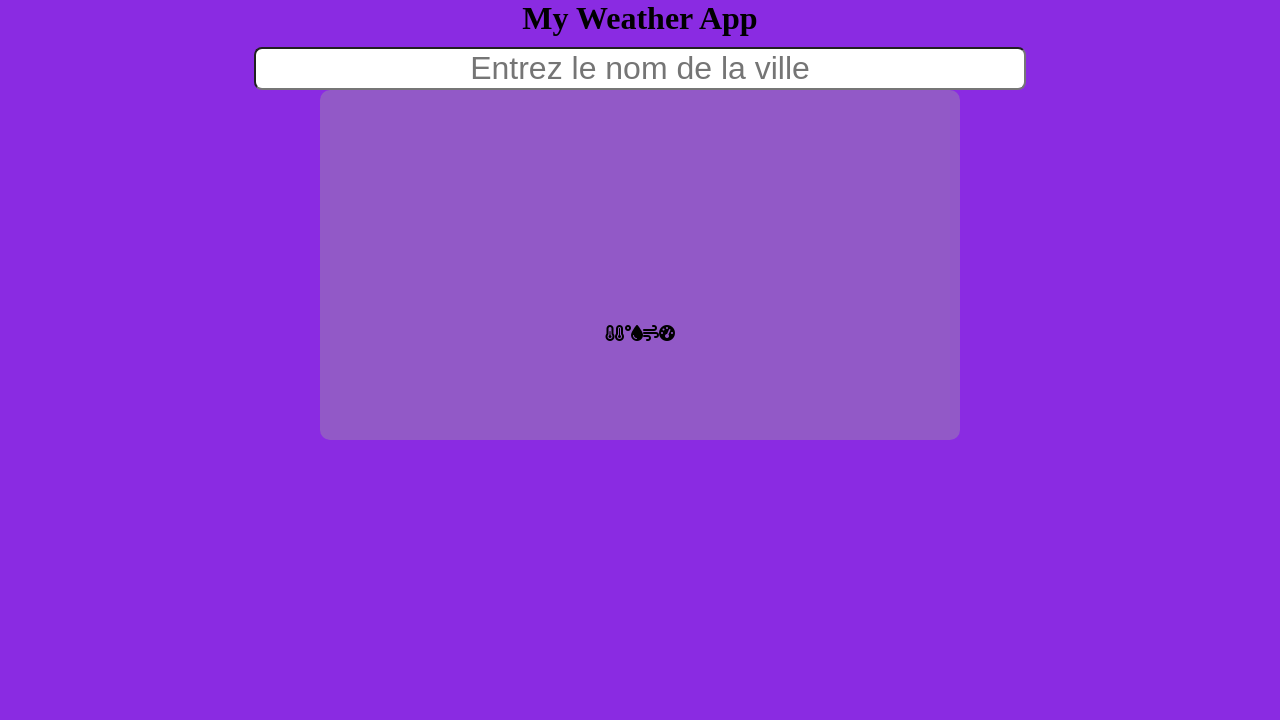
Repository: JeffnyAugustin/MyWeatherApp
Page: index.html
An editor plug-in stored every save of this project. The page is shown before and after the next save, followed by the edit.
The browser window is 1280 px wide. The pictures show the whole page.

Above is the page before, as saved 2023-11-14 19:10:09.

### index.html
<!DOCTYPE html>
<html lang="fr">

<head>
    <meta charset="UTF-8">
    <meta http-equiv="X-UA-Compatible" content="IE=edge">
    <meta name="viewport" content="width=device-width, initial-scale=1.0">
    <link rel="stylesheet" href="https://cdnjs.cloudflare.com/ajax/libs/font-awesome/6.4.0/css/all.min.css"
        integrity="sha512-iecdLmaskl7CVkqkXNQ/ZH/XLlvWZOJyj7Yy7tcenmpD1ypASozpmT/E0iPtmFIB46ZmdtAc9eNBvH0H/ZpiBw=="
        crossorigin="anonymous" referrerpolicy="no-referrer" />

    <link rel="stylesheet" href="/css/style.css">
    <title>My Weather App</title>
</head>

<body>



    <div id="container"></div>

    <script src="/js/script.js"></script>
</body>

</html>

### css/style.css
* {
    padding : 0;
    margin: 0;
}

body {
display: flex;
justify-content: center;
}

#container {
    background-color: blueviolet;
    height: 100vh;
    width: 100vw;
    display: flex;
    flex-direction: column;
    align-items: center;
    justify-content: space-around;

}

#searchBox {
    text-align: center;
    width: 60%;
    height: 40px;
    border-radius: 8px;
    margin-top: 10px;
    font-size: 2rem;
}


#allTogether {
    width: 50VW;
    height: 50VH;
    display: flex;
    flex-direction: column;
    justify-content: space-evenly;
    align-items: center;
    background-color: rgb(158 158 158 / 40%);
    border-radius: 10px;
}

div#meteoElement {
    display: flex;
    flex-direction: row;
    justify-content: space-around;
    flex-wrap: wrap;
}

div#cityElement {
    display: flex;
    flex-direction: row;
    gap: 10px;
    justify-content: center;
}

div#cityDescription {
    display: flex;
    flex-direction: column;
    gap: 20PX;
}

#prevision {
    background-color: blueviolet;
    display: flex;
    flex-direction: row;
    height: 40vh;
    width: 60vw;
    justify-content: center;
    align-items: center;
    gap: 10px;
}



p {
    font-size: 2rem;
    color: white;
}

p.cityName {
    text-align: center;
}

### js/script.js
// Clé D'api
const API_KEY = "b476218e49ef0d0755a713e9ba77f79a";
// Lien vers L'api finissant par une recherche
const API_URL = `https://api.openweathermap.org/data/2.5/forecast?appid=${API_KEY}&units=metric&lang=fr&q=`;


const divContain = document.getElementById("container");
divContain.id = "container";


const titleDiv = document.createElement("div");
titleDiv.className = "title";

// Création H1
const heading = document.createElement('h1');

// Set the text content of the h1 element
heading.textContent = 'My Weather App';



// Création barre de recherche
const inputSearch = document.createElement("input");
inputSearch.id = "searchBox";
inputSearch.type = "text";
inputSearch.placeholder = "Entrez le nom de la ville"; // Ajout du placeholder

// Création de div
const newDiv = document.createElement("div");
newDiv.id = "allTogether";

// Création de div
const forecastDiv = document.createElement("div");
forecastDiv.id = "prevision";




const infoCityDiv = document.createElement("div");
infoCityDiv.id = "cityDescription";


// Création de div oiuyr stocker img + description
const cityImgDiv = document.createElement("div");
cityImgDiv.id = "cityElement";

// Création de div pour afficher les informations météorologiques
const weather = document.createElement("div");
weather.id = "meteoElement";

// Création balise paragraphe pour collecter le nom de la ville
const cityName = document.createElement("p");
cityName.className = "cityName";

// Création de div pour afficher la température
const temperatureDiv = document.createElement("div");
temperatureDiv.className = "temperature-container";

// Création balise paragraphe
const temperature = document.createElement("p");
temperature.className = "temps";

// Création de div pour afficher le temps ressenti
const feelsLikeDiv = document.createElement("div");
feelsLikeDiv.className = "feels-like-container";

// Création balise paragraphe pour la sensation thermique
const feelsLike = document.createElement("p");
feelsLike.className = "feels-like";

// Création de div pour afficher l'humidité
const humidityDiv = document.createElement("div");
humidityDiv.className = "humidity-container";

// Création de balise paragraphe pour l'humidité
const humidity = document.createElement("p");
humidity.className = "humidity";

// Création de div pour afficher le vent
const windDiv = document.createElement("div");
windDiv.className = "wind-container";

// Création de balise wind
const DataWind = document.createElement("p");
DataWind.className = "wind";



// Création de div pour l'humidité
const pressureDiv = document.createElement("div");
pressureDiv.className = "pressure-container";

// Création de balise paragraphe pour la pression atmosphérique
const pressure = document.createElement("p");
pressure.className = "pressure";

// Création de div pour afficher la description
const descriptionDiv = document.createElement("div");
descriptionDiv.className = "description-container";

// Création de balise paragraphe pour la description
const description = document.createElement("p");
description.className = "description";



// Création balise image
const image = document.createElement("img");

// Création balise icône pour la température
const temperatureIcon = document.createElement("i");
temperatureIcon.className = "fas fa-thermometer-half";

// Création balise icône pour la sensation thermique
const feelsLikeIcon = document.createElement("i");
feelsLikeIcon.className = "fas fa-temperature-high";

// Création balise icône pour l'humidité
const humidityIcon = document.createElement("i");
humidityIcon.className = "fas fa-tint";

// Création balise icône pour le vent
const windIcon = document.createElement("i");
windIcon.className = "fas fa-wind";

// Création balise icône pour la pression
const pressureIcon = document.createElement("i");
pressureIcon.className = "fas fa-tachometer-alt";



temperatureDiv.append(temperatureIcon, temperature); // ajout de l'icône

feelsLikeDiv.append(feelsLikeIcon, feelsLike); // ajout de l'icône

humidityDiv.append(humidityIcon, humidity); // ajout de l'icône

windDiv.append(windIcon, DataWind); // ajout de l'icône

pressureDiv.append(pressureIcon, pressure)

descriptionDiv.appendChild( description); // ajout de l'icône




// Function to format the date and time
function formatDateTime() {
    const currentDate = new Date();
    const options = { weekday: 'long', year: 'numeric', month: 'long', day: 'numeric', hour: 'numeric', minute: 'numeric'};
    return currentDate.toLocaleDateString('fr-FR', options);
}

// Create a div to display the date and time
    const dateTimeDiv = document.createElement("div");
    dateTimeDiv.id = "dateTime";
    infoCityDiv.appendChild(dateTimeDiv);

function checkWeather(city) {
    fetch(API_URL + city)
        .then(res => {
            if (!res.ok) {
                throw new Error("La ville n'a pas été trouvée");
            }
            return res.json();
        })
        .then(data => {
            cityName.textContent = data.city.name;
            image.src = `http://openweathermap.org/img/w/${data.list[0].weather[0].icon}.png`;

            description.textContent = data.list[0].weather[0].description;
            temperature.innerHTML = ` Température :  ${Math.round(data.list[0].main.temp)}°C `;
            feelsLike.textContent = "Temps Ressenti : " + Math.round(data.list[0].main.feels_like) + "°C";
            humidity.textContent = "humidityIcon : " + data.list[0].main.humidity + "%";
            DataWind.textContent = "Vitesse du vent : " + Math.floor(data.list[0].wind.speed) + " Km/h";
            pressure.textContent = "Pression : " + data.list[0].main.pressure + " hPa";


             // Afficher les prévisions pour les 5 prochains jours
             for (let i = 0; i < data.list.length; i += 8) {
                const dayForecast = document.createElement("div");
                dayForecast.className = "day-forecast";

                const date = new Date(data.list[i].dt * 1000);
                const dayName = new Intl.DateTimeFormat('fr-FR', { weekday: 'long' }).format(date);

                const dayNameElement = document.createElement("p");
                dayNameElement.textContent = dayName;

                const iconElement = document.createElement("img");
                iconElement.src = `http://openweathermap.org/img/w/${data.list[i].weather[0].icon}.png`;

                const descriptionElement = document.createElement("p");
                descriptionElement.textContent = data.list[i].weather[0].description;

                const temperatureElement = document.createElement("p");
                temperatureElement.textContent = `Température : ${Math.round(data.list[i].main.temp)}°C`;

                dayForecast.append(dayNameElement, iconElement, descriptionElement, temperatureElement);
                forecastDiv.appendChild(dayForecast);
             }

               // Display the date and time
               dateTimeDiv.textContent = "Date du jour : " + formatDateTime();

        })
        .catch(error => {
            console.error("Erreur de requête :", error.message);
            // Ajoutez ici un traitement pour informer l'utilisateur de l'erreur
        });
}

inputSearch.addEventListener("change", () => {
    checkWeather(inputSearch.value);
});


weather.append(temperatureDiv, feelsLikeDiv, humidityDiv, windDiv, pressureDiv); // ajout des éléments Weather
newDiv.append(infoCityDiv, weather); // ajout du conteneur Weather à newDiv
infoCityDiv.append(cityName, cityImgDiv)
cityImgDiv.append(image, descriptionDiv)
titleDiv.appendChild(heading)
divContain.append(titleDiv, inputSearch, newDiv, forecastDiv); // ajout de tous les éléments à divContain
document.body.appendChild(divContain);



// Mise à jour des informations météorologiques toutes les 5 minutes
setInterval(function () {
    // Ici, mettre à jour les informations de la météo à l'aide de l'API ou d'autres sources
    // Vous pouvez appeler la fonction checkWeather avec la dernière ville recherchée
    checkWeather(inputSearch.value);
}, 5 * 60 * 1000);

After the next save:
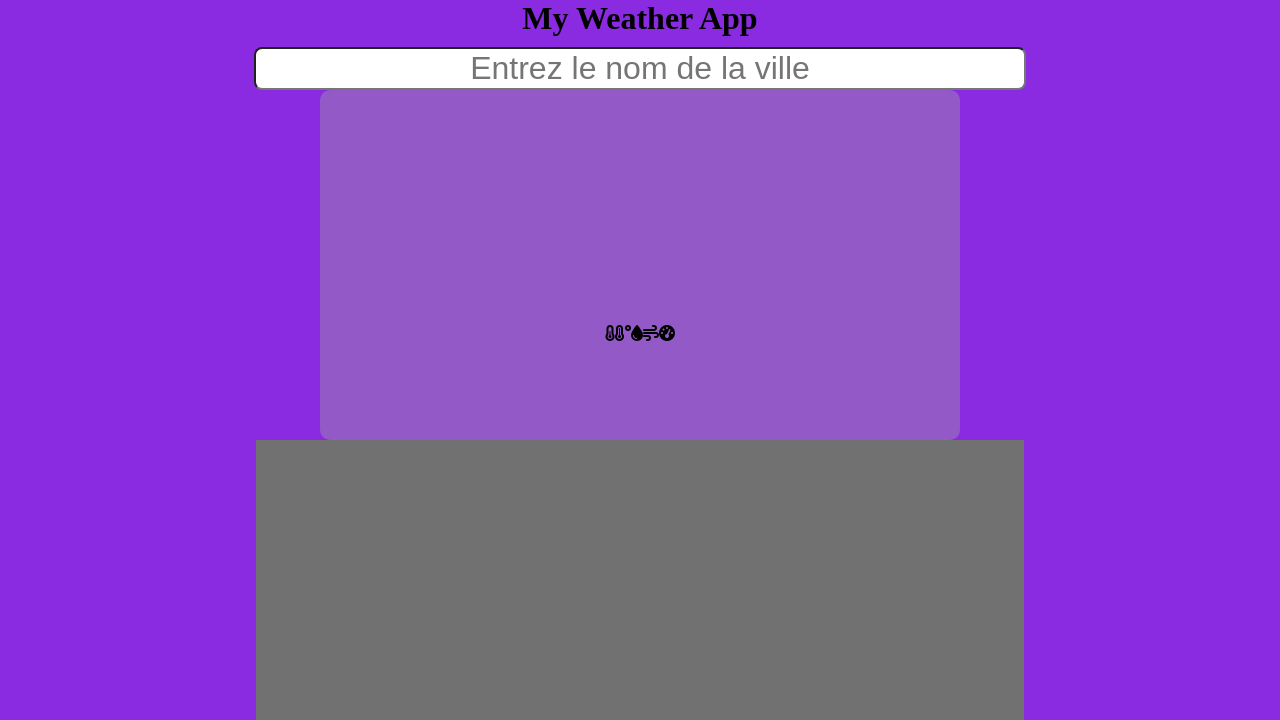
Saved 64 s later.
--- a/css/style.css
+++ b/css/style.css
@@ -61,7 +61,7 @@
 }
 
 #prevision {
-    background-color: blueviolet;
+    background-color: rgb(113, 113, 114);
     display: flex;
     flex-direction: row;
     height: 40vh;

After the save that followed:
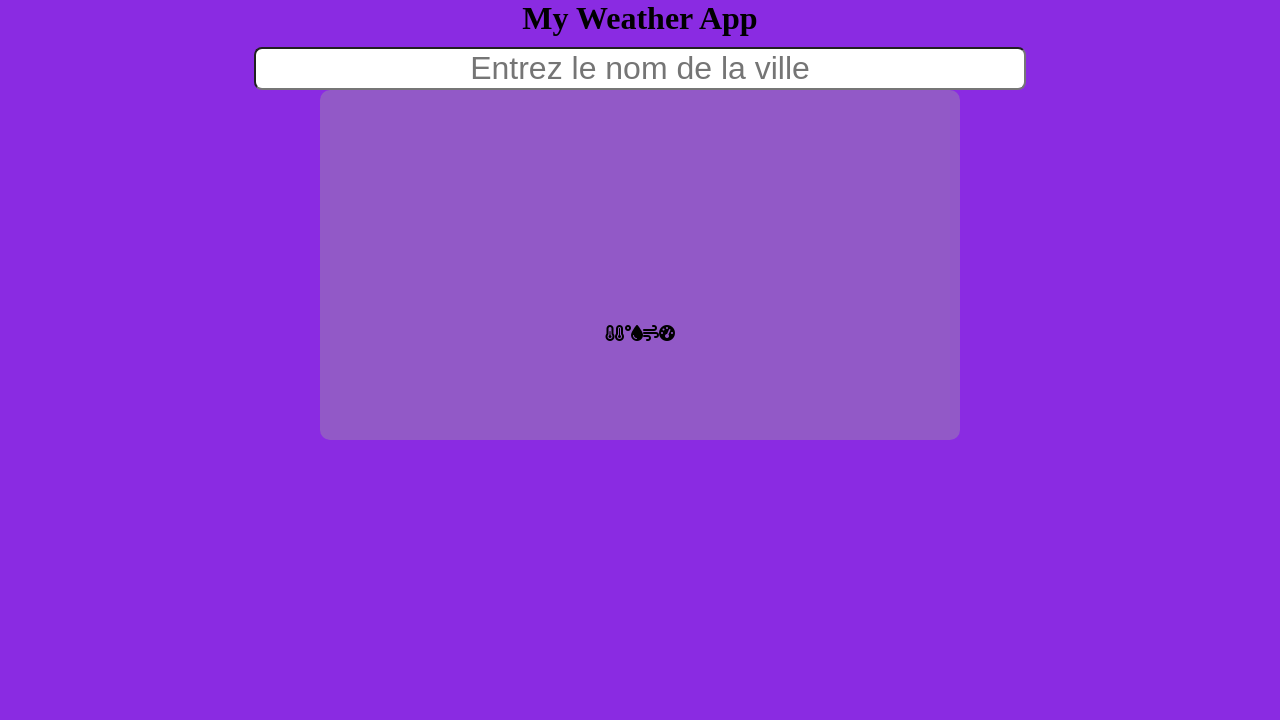
Saved 5 s later.
--- a/css/style.css
+++ b/css/style.css
@@ -61,7 +61,7 @@
 }
 
 #prevision {
-    background-color: rgb(113, 113, 114);
+    background-color: rgba(137, 43, 226, 0.06)13, 114);
     display: flex;
     flex-direction: row;
     height: 40vh;
